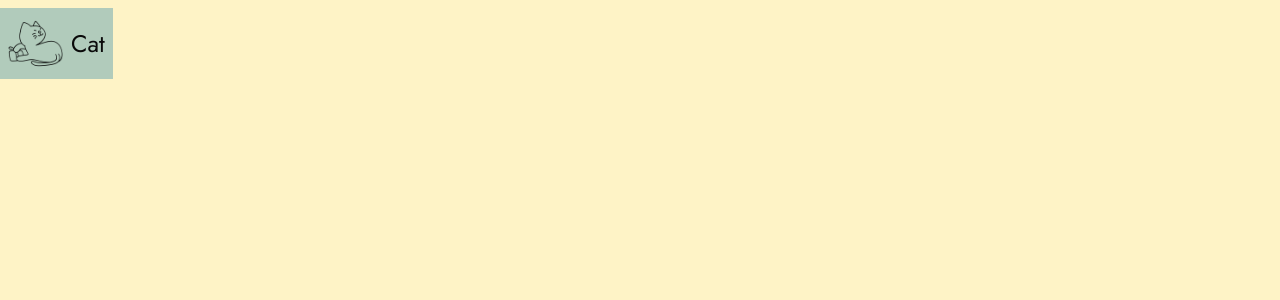
Repository: batu-call/batu-petshop
Page: /main (app in petshopp-appAdmin/admin/)
An editor plug-in stored every save of this project. The page is shown before and after a run of saves, followed by the edit.
The browser window is 1280 px wide. The pictures show the whole page.
The project was rebuilt for these pictures with package versions that can differ from the ones it lists, and the page was loaded fresh each time. The framework's server and built-in components were replaced by stand-ins that run in the browser. Also part of the build but not shown: petshopp-appAdmin/admin/next.config.ts.

Above is the page before, as saved 2025-09-19 02:05:04.

After the next 2 saves:
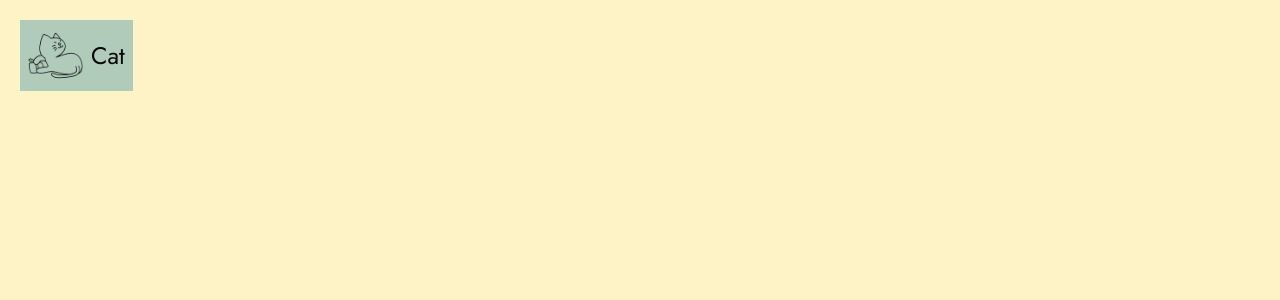
The 2 saves are shown as one change because they came seconds apart.
The last was saved 8 s later.
--- a/petshopp-appAdmin/admin/src/app/main/controller/Main.tsx
+++ b/petshopp-appAdmin/admin/src/app/main/controller/Main.tsx
@@ -4,7 +4,7 @@ import Image from 'next/image'
 const Main = () => {
   return (
     <div className='w-full h-screen bg-amber-100' >
-      <div className='bg-primary inline-block p-2 mt-2 ml2'>
+      <div className='bg-primary inline-block p-2 m-5'>
         <div className='flex gap-2'>
        <Image src="/cat_7721779.png" alt='cat-image'
        height={55}
